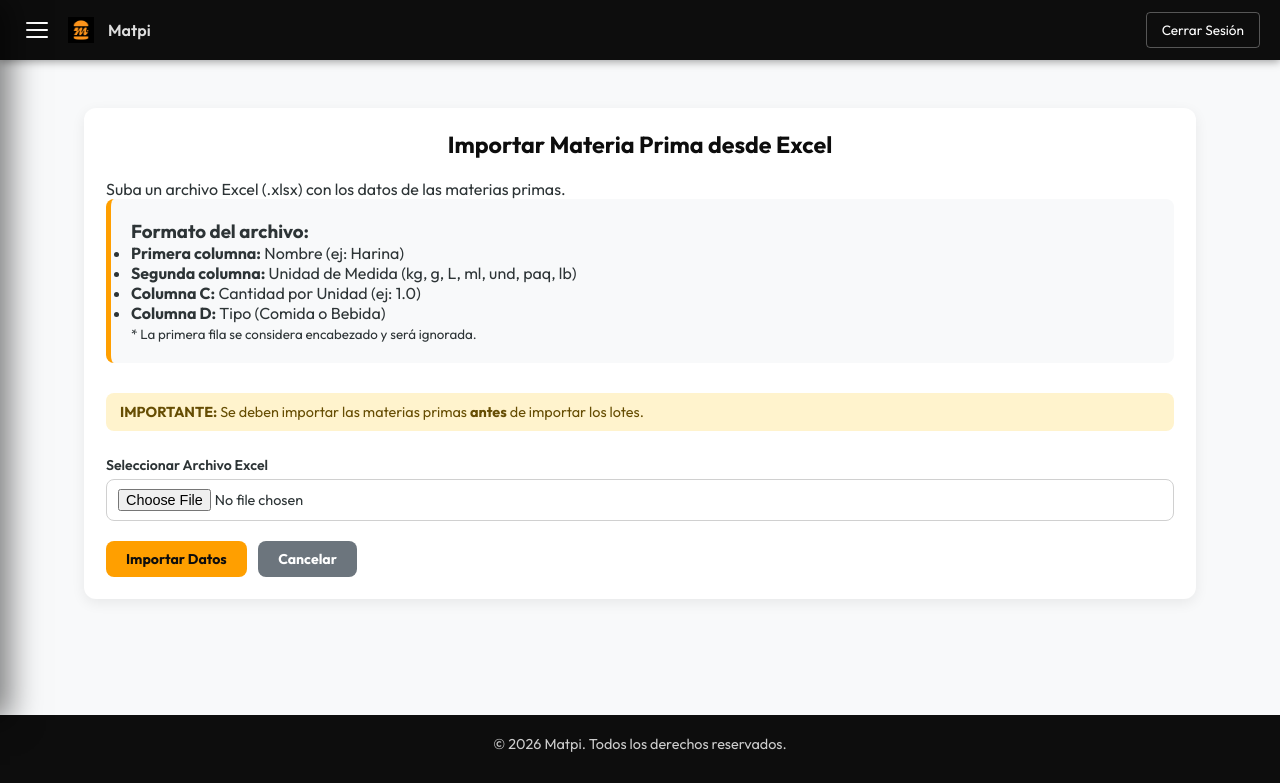
Repository: JuanFelipeNieto/MATPI-Python
Page: MATPI/materia_prima/templates/materia_prima/importar_materia_prima.html
These files come from the project's save history. The page is drawn as it stood at one moment and after a run of saves; the edit follows.
The browser window is 1280 px wide. The pictures show the whole page.
The template is drawn by Django 5.2. The application's start-up code is not run. Other server files are loaded and not shown. The template is opened directly, without the code that normally fills it, so the values that code supplies are empty.

Above is the page before, as saved 2026-03-21 16:40:40.

### MATPI/materia_prima/templates/materia_prima/importar_materia_prima.html
{% extends 'base.html' %}

{% block title %}Importar Materia Prima — Matpi{% endblock %}

{% block content %}
<div class="formulario-seccion">
    <h1>Importar Materia Prima desde Excel</h1>
    <p>Suba un archivo Excel (.xlsx) con los datos de las materias primas.</p>

    <div style="background: #f8f9fa; padding: 20px; border-radius: 8px; margin-bottom: 30px; border-left: 5px solid var(--primary);">
        <h3 style="margin-top: 0;">Formato del archivo:</h3>
        <ul>
            <li><strong>Primera columna:</strong> Nombre (ej: Harina)</li>
            <li><strong>Segunda columna:</strong> Unidad de Medida (kg, g, L, ml, und, paq, lb)</li>
            <li><strong>Columna C:</strong> Cantidad por Unidad (ej: 1.0)</li>
            <li><strong>Columna D:</strong> Tipo (Comida o Bebida)</li>
        </ul>
        <p><small>* La primera fila se considera encabezado y será ignorada.</small></p>
    </div>

    <div class="alert alert-warning" style="margin-bottom: 25px;">
        <i class="fas fa-exclamation-triangle"></i> <strong>IMPORTANTE:</strong> Se deben importar las materias primas <strong>antes</strong> de importar los lotes.
    </div>

    <form method="POST" enctype="multipart/form-data">
        {% csrf_token %}
        <div class="form-group">
            <label for="archivo_excel">Seleccionar Archivo Excel</label>
            <input type="file" id="archivo_excel" name="archivo_excel" accept=".xlsx" required>
        </div>

        <div style="margin-top: 20px;">
            <button type="submit" class="btn btn-guardar">Importar Datos</button>
            <a href="{% url 'listar_materia_prima' %}" class="btn btn-cancelar">Cancelar</a>
        </div>
    </form>
</div>
{% endblock %}

### MATPI/templates/base.html
{% load static %}
<!DOCTYPE html>
<html lang="es">

<head>
    <meta charset="UTF-8">
    <meta name="viewport" content="width=device-width, initial-scale=1.0">
    <title>{% block title %}Matpi{% endblock %}</title>
    <link rel="icon" href="{% static 'img/Favicon.png' %}">
    <link rel="preconnect" href="https://fonts.googleapis.com">
    <link rel="preconnect" href="https://fonts.gstatic.com" crossorigin>
    <link href="https://fonts.googleapis.com/css2?family=Outfit:wght@300;400;600;700&display=swap" rel="stylesheet">
    <link rel="stylesheet" href="{% static 'css/matpi.css' %}">
    {% block extra_css %}{% endblock %}
</head>

<body>

    <div class="sidebar-overlay" id="sidebarOverlay"></div>

    <aside class="sidebar" id="sidebar">
        <button class="sidebar-close-btn" id="sidebarCloseBtn" title="Cerrar menú">✕</button>

        <div class="sidebar-header">
            <a href="{% url 'dashboard' %}" class="sidebar-header-link">
                <img src="{% static 'img/Logomatpi.png' %}" alt="Matpi" class="sidebar-logo">
                <span class="sidebar-brand">Matpi</span>
            </a>
        </div>

        <nav class="sidebar-nav">
            <div class="nav-section">
                <span class="nav-section-label">General</span>
                <a href="{% url 'dashboard' %}" class="sidebar-link" title="Dashboard">
                    <span class="sidebar-icon">🏠</span>
                    <span class="sidebar-label">Dashboard</span>
                </a>
            </div>

            <div class="nav-section">
                <span class="nav-section-label">Operaciones</span>
                <a href="{% url 'listar_pedidos' %}" class="sidebar-link" title="Pedidos">
                    <span class="sidebar-icon">📋</span>
                    <span class="sidebar-label">Pedidos</span>
                </a>
                <a href="{% url 'listar_facturas' %}" class="sidebar-link" title="Facturas">
                    <span class="sidebar-icon">💰</span>
                    <span class="sidebar-label">Facturas</span>
                </a>
                <a href="{% url 'listar_reservas' %}" class="sidebar-link" title="Reservas">
                    <span class="sidebar-icon">🪑</span>
                    <span class="sidebar-label">Reservas</span>
                </a>
                <a href="{% url 'listar_clientes' %}" class="sidebar-link" title="Clientes">
                    <span class="sidebar-icon">👥</span>
                    <span class="sidebar-label">Clientes</span>
                </a>
            </div>

            <div class="nav-section">
                <span class="nav-section-label">Inventario</span>
                <a href="{% url 'listar_productos' %}" class="sidebar-link" title="Productos">
                    <span class="sidebar-icon">🍔</span>
                    <span class="sidebar-label">Productos</span>
                </a>
                <a href="{% url 'listar_materia_prima' %}" class="sidebar-link" title="Materia Prima">
                    <span class="sidebar-icon">🥬</span>
                    <span class="sidebar-label">Materia Prima</span>
                </a>
                <a href="{% url 'listar_proveedores' %}" class="sidebar-link" title="Proveedores">
                    <span class="sidebar-icon">🚚</span>
                    <span class="sidebar-label">Proveedores</span>
                </a>
            </div>

            {% if es_admin %}
            <div class="nav-section">
                <span class="nav-section-label">Administración</span>
                <a href="{% url 'listar_usuarios' %}" class="sidebar-link" title="Gestión de Cajeros">
                    <span class="sidebar-icon">👤</span>
                    <span class="sidebar-label">Cajeros</span>
                </a>
            </div>
            {% endif %}

        </nav>

        <a href="{% url 'ver_perfil' request.session.usuario_id %}" class="sidebar-footer" title="Mi Perfil">
            <div class="user-avatar-mini" style="width: 35px; height: 35px; background: var(--primary); border-radius: 10px; display: flex; align-items: center; justify-content: center; font-size: 1.2rem; color: var(--black); font-weight: bold; flex-shrink: 0;">
                👤
            </div>
            <div class="sidebar-label" style="overflow: hidden; text-overflow: ellipsis; white-space: nowrap;">
                <span style="display: block; color: var(--white); font-weight: 600;">{{ request.session.usuario_nombre|default:"Usuario" }}</span>
                <small style="font-size: 0.65rem; color: var(--primary); font-weight: 800; text-transform: uppercase;">
                    {% if es_admin %}ADMINISTRADOR{% else %}CAJERO{% endif %}
                </small>
            </div>
        </a>
    </aside>

    <div class="page-wrapper" id="pageWrapper">
        <header class="topbar">
            <button class="topbar-menu-btn" id="topbarMenuBtn" title="Abrir menú">
                <span class="hamburger-line"></span>
                <span class="hamburger-line"></span>
                <span class="hamburger-line"></span>
            </button>
            <a href="{% url 'dashboard' %}" class="topbar-logo-link">
                <img src="{% static 'img/Logomatpi.png' %}" alt="Matpi" class="topbar-logo">
            </a>
            <span class="topbar-title">Matpi</span>

            <a href="{% url 'logout' %}" class="logout-btn" style="margin-left: auto; color: white; text-decoration: none; padding: 8px 15px; font-size: 0.85em; border: 1px solid rgba(255,255,255,0.3); border-radius: 4px;" onclick="return confirm('¿Estás seguro de que deseas cerrar sesión?');">Cerrar Sesión</a>
        </header>

        <main>
            {% if messages %}
                <div class="messages-container" style="padding: 15px 20px 0 20px;">
                    {% for message in messages %}
                        <div class="alert alert-{{ message.tags }}"
                             style="padding: 12px; margin-bottom: 10px; border-radius: 6px; border-left: 5px solid
                                    {% if message.tags == 'error' %} #721c24; background-color: #f8d7da; color: #721c24;
                                    {% elif message.tags == 'success' %} #155724; background-color: #d4edda; color: #155724;
                                    {% else %} #856404; background-color: #fff3cd; color: #856404; {% endif %}">
                            {{ message }}
                        </div>
                    {% endfor %}
                </div>
            {% endif %}

            <div class="content-body" style="padding: 20px;">
                {% block content %}{% endblock %}
            </div>
        </main>

        <footer>
            <p>© 2026 Matpi. Todos los derechos reservados.</p>

        </footer>
    </div>

    <script>
        (function () {
            const sidebar = document.getElementById('sidebar');
            const overlay = document.getElementById('sidebarOverlay');
            const openBtn = document.getElementById('topbarMenuBtn');
            const closeBtn = document.getElementById('sidebarCloseBtn');

            function openSidebar() {
                sidebar.classList.add('open');
                overlay.classList.add('active');
                document.body.classList.add('sidebar-open');
            }

            function closeSidebar() {
                sidebar.classList.remove('open');
                overlay.classList.remove('active');
                document.body.classList.remove('sidebar-open');
            }

            openBtn.addEventListener('click', openSidebar);
            closeBtn.addEventListener('click', closeSidebar);
            overlay.addEventListener('click', closeSidebar);

            // Resaltar link activo
            const currentPath = window.location.pathname;
            document.querySelectorAll('.sidebar-link').forEach(function (link) {
                const href = link.getAttribute('href');
                // Si estamos en la raíz del dashboard o en una sub-url del módulo
                if (href === currentPath || (href !== '/' && currentPath.startsWith(href))) {
                    link.classList.add('active');
                }
            });
        })();
    </script>

</body>
</html>

Loaded but not shown: MATPI/static/css/matpi.css (795 lines, source omitted)

After the next 2 saves:
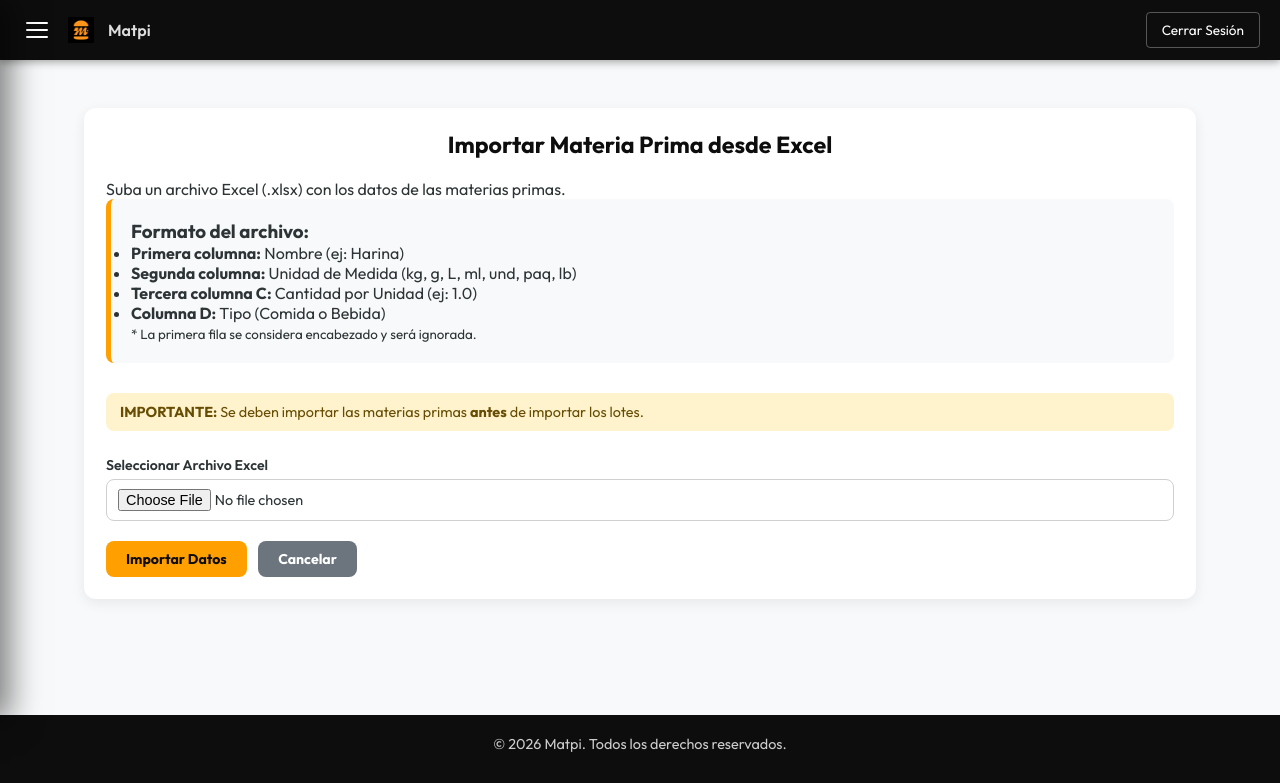
The 2 saves are shown as one change because they came seconds apart.
The last was saved 10 s later.
--- a/MATPI/materia_prima/templates/materia_prima/importar_materia_prima.html
+++ b/MATPI/materia_prima/templates/materia_prima/importar_materia_prima.html
@@ -12,7 +12,7 @@
         <ul>
             <li><strong>Primera columna:</strong> Nombre (ej: Harina)</li>
             <li><strong>Segunda columna:</strong> Unidad de Medida (kg, g, L, ml, und, paq, lb)</li>
-            <li><strong>Columna C:</strong> Cantidad por Unidad (ej: 1.0)</li>
+            <li><strong>Tercera columna C:</strong> Cantidad por Unidad (ej: 1.0)</li>
             <li><strong>Columna D:</strong> Tipo (Comida o Bebida)</li>
         </ul>
         <p><small>* La primera fila se considera encabezado y será ignorada.</small></p>
